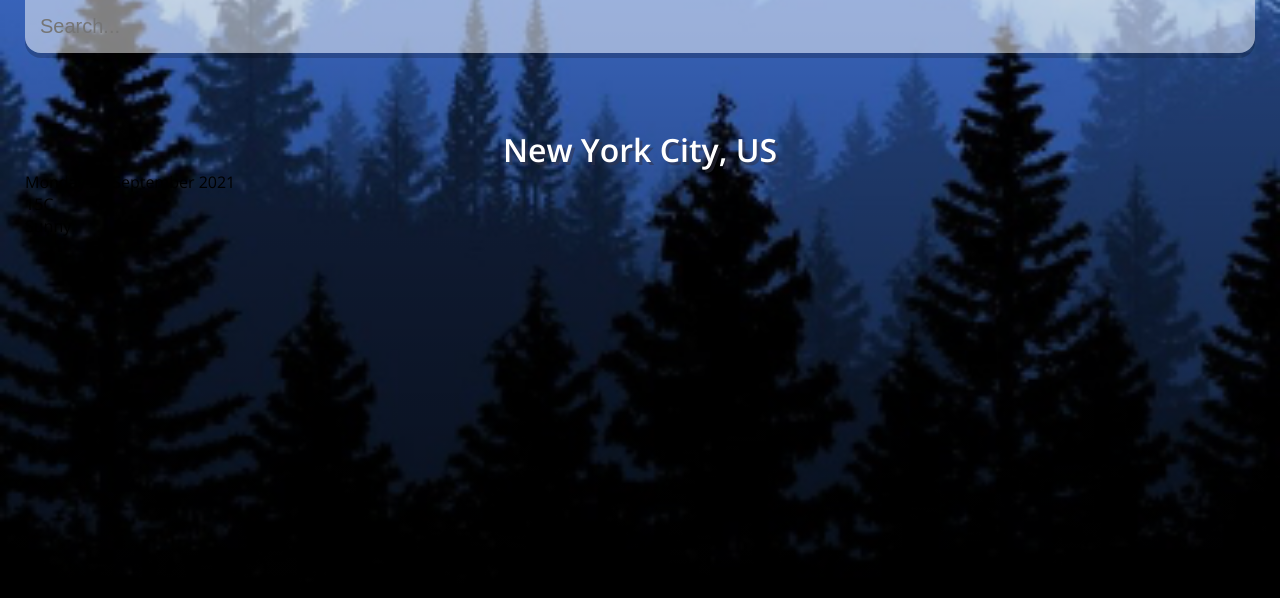
Repository: kate30980/weather-app-reactjs
Page: /
An editor plug-in stored every save of this project. The page is shown before and after the next save, followed by the edit.
The browser window is 1280 px wide. The pictures show the whole page.
The project was rebuilt for these pictures with package versions that can differ from the ones it lists, and the page was loaded fresh each time. Also part of the build but not shown: src/App.css.

Above is the page before, as saved 2021-09-20 15:34:37.

After the next save:
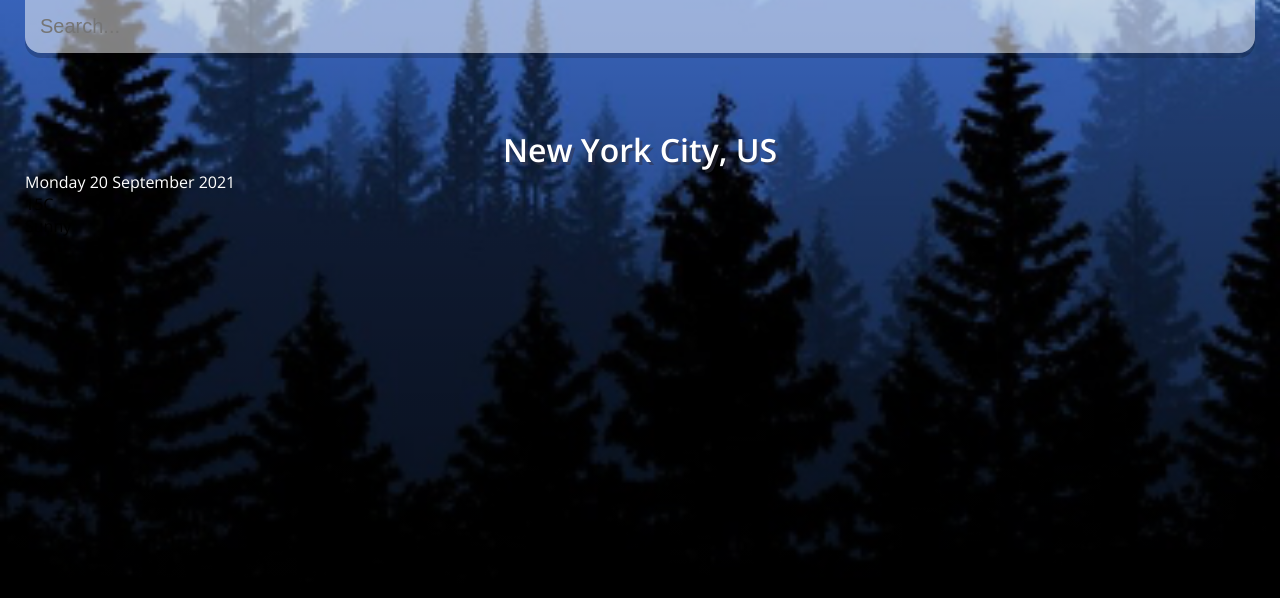
Saved 5 s later.
--- a/src/index.css
+++ b/src/index.css
@@ -57,6 +57,6 @@ main{
   text-align: center;
   text-shadow: 3px 3px rgba(50,50,70,0.5);
 }
-.location-box.date{
+.location-box .date{
   color: #fff;
 }
